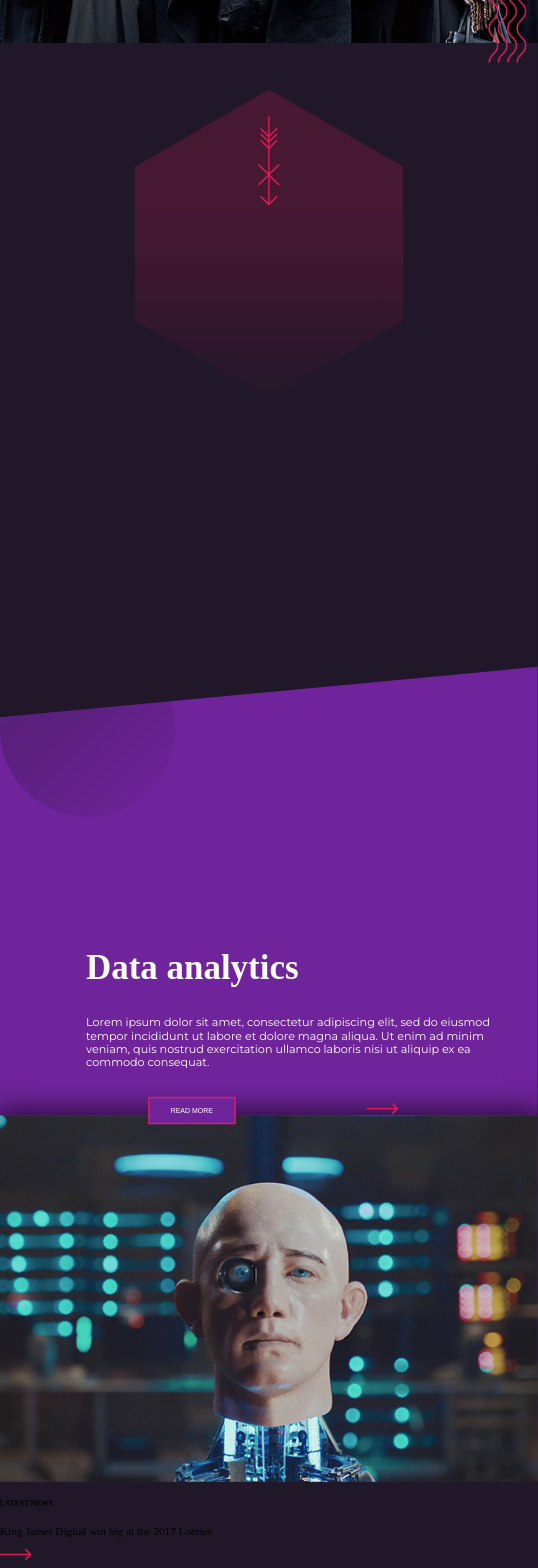
Repository: Ajtheult/King-James-Site
Page: index.html
These files come from the project's save history. The page is drawn as it stood at one moment and after the next save; the edit follows.
The browser window is 768 px wide. The pictures show the part of the page from y = 1872 to 4112 px (the page is 5216 px tall), at 70% of full size.
The style sheet was rebuilt from its Sass, Less or Tailwind sources for each picture, by a compiler version that may differ from the author's.

Above is the page before, as saved 2020-08-24 14:48:31.

### index.html
<!DOCTYPE html>
<html lang="en">
  <head>
    <meta charset="UTF-8" />
    <meta name="viewport" content="width=device-width, initial-scale=1.0" />
    <!-- Font Awesome -->
    <link
      rel="stylesheet"
      href="https://use.fontawesome.com/releases/v5.7.2/css/all.css"
      integrity="sha384-fnmOCqbTlWIlj8LyTjo7mOUStjsKC4pOpQbqyi7RrhN7udi9RwhKkMHpvLbHG9Sr"
      crossorigin="anonymous"
    />
    <!-- Font Awesome -->
    <!-- Fonts -->
    <link
      href="https://fonts.googleapis.com/css2?family=Playfair+Display&display=swap"
      rel="stylesheet"
    />
    <link
      href="https://fonts.googleapis.com/css2?family=Montserrat&display=swap"
      rel="stylesheet"
    />
    <!-- Fonts -->
    <link rel="stylesheet" href="./styling/index.css" />
    <title>King James</title>
  </head>
  <body>
    <!-- Sidenav -->
    <div id="mySidebar" class="sidebar">
      <a href="#" class="closebtn" onclick="closeNav()">×</a>
      <a href="#">About</a>
      <a href="#">Services</a>
      <a href="#">Clients</a>
      <a href="#">Contact</a>
    </div>
    <!-- Sidenav -->
    <div class="box">
      <img
        src="./kjd-fontend-test-files/menu.png"
        class="move_icon"
        onclick="openNav()"
        alt="menu"
      />
      <img
        src="./kjd-fontend-test-files/kjd-assets/kjd-logo.png"
        alt="img"
        class="heading"
      />
      <img
        src="./kjd-fontend-test-files/kjd-assets/arrow-down.png"
        alt=""
        srcset=""
        class="white_arrow"
      />
    </div>

    <div class="box_two">
      <div>
        We offer an interconnected set of services to help our clients respond
        to the disruptions and seize the opportunities of the digital age.
        <button type="button">ABOUT US</button>
        <img
          src="./kjd-fontend-test-files/kjd-assets/arrow-right.png"
          alt="arrow"
          class="arrow_by_button"
        />
      </div>
    </div>
    <!-- Second section -->
    <div class="box_three">
      <img
        src="./kjd-fontend-test-files/kjd-assets/missing.png"
        alt="cross"
        class="move_cross"
      />
      <div class="text-box">
        <h1 class="title">Advertising communications</h1>
        <p>
          Lorem ipsum dolor sit amet, consectetur adipiscing elit, sed do
          eiusmod tempor incididunt ut labore et dolore magna aliqua. Ut enim ad
          minim veniam, quis nostrud exercitation ullamco laboris nisi ut
          aliquip ex ea commodo consequat.
        </p>
        <button type="button">READ MORE</button>
        <img
          src="./kjd-fontend-test-files/kjd-assets/arrow-right.png"
          alt="arrow"
          class="arrow_by_button"
        />
      </div>
      <img
        src="./kjd-fontend-test-files/kjd-assets/hex-gradient.png"
        alt="hex"
        class="move_hex"
      />
      <img
        src="./kjd-fontend-test-files/kjd-assets/arrow-glyph.png"
        alt="arrow"
        class="cross_arrow"
      />
      <img
        src="./kjd-fontend-test-files/kjd-assets/image-slider-1.jpg"
        alt="people"
        class="people"
      />
      <img
        src="./kjd-fontend-test-files/kjd-assets/glyph.png"
        alt="squiggle"
        class="squiggle"
      />
    </div>
    <div class="box_four">
      <img
        src="./kjd-fontend-test-files/kjd-assets/circle-gradient.png"
        alt="circle"
        class="circle"
      />
      <img
        src="./kjd-fontend-test-files/kjd-assets/image-slider-2.jpg"
        alt="robot"
        class="robot"
      />
      <div class="text-box-2">
        <h1 class="title_of_robot">Data analytics</h1>
        <p>
          Lorem ipsum dolor sit amet, consectetur adipiscing elit, sed do
          eiusmod tempor incididunt ut labore et dolore magna aliqua. Ut enim ad
          minim veniam, quis nostrud exercitation ullamco laboris nisi ut
          aliquip ex ea commodo consequat.
        </p>
        <button type="button">READ MORE</button>
        <img
          src="./kjd-fontend-test-files/kjd-assets/arrow-right.png"
          alt="arrow"
          class="arrow_by_button"
        />
      </div>
      <img
        src="./kjd-fontend-test-files/kjd-assets/arrow-glyph-2.png"
        alt="arrowtwo"
        class="arrow_with_cross"
      />
    </div>
    <div class="box_five">
      <div class="grid-container">
        <div class="grid-item num_one">
          <h6>LATEST NEWS</h6>
          <p>King James Digital win big at the 2017 Loeries</p>
          <img
            src="./kjd-fontend-test-files/kjd-assets/arrow-right.png"
            alt="right_arrow"
            class="first_arrow"
          />
        </div>
        <div class="grid-item num_two">
          <h6>LATEST WORK</h6>
          <p>
            Sanlam Conspicious Savers
          </p>
          <img
            src="./kjd-fontend-test-files/kjd-assets/arrow-right.png"
            alt="right_arrow"
            class="second_arrow"
          />
        </div>
        <div class="grid-item num_three">
          <h6>LATEST CAREERS</h6>
          <p>Front end developer Cape Town</p>
          <img
            src="./kjd-fontend-test-files/kjd-assets/arrow-right.png"
            alt="right_arrow"
            class="third_arrow"
          />
        </div>
      </div>
    </div>
    <footer class="box_six">
      <div class="grid-container">
        <div class="grid-item num_one_two">
          <h2>CAPE TOWN</h2>
          <p>
            Capetown@kingjames.digital <br />
            Tel: +27 21 469 1500
          </p>
        </div>
        <div class="grid-item num_two_two">
          <h2>JOBURG</h2>
          <p>
            joburg@kingjames.digital <br />
            Tel: +27 21 469 1500
          </p>
        </div>
        <div class="grid-item num_three_two">
          <h2>MEDIA & DATA</h2>
          <p>
            mediaanddata@kingjames.digital <br />
            Tel: +27 21 469 1500
          </p>
        </div>
        <div class="grid-item num_four_two">
          <h2>CONNECT</h2>
          <p>
            Twitter <br />
            Facebook
          </p>
        </div>
      </div>
    </footer>

    <script src="./index.js"></script>
  </body>
</html>

### index.js
function openNav() {
  document.getElementById("mySidebar").style.width = "200px";
}

function closeNav() {
  document.getElementById("mySidebar").style.width = "0";
}

### styling/index.scss
body {
  margin: 0;
  padding: 0;
  background-color: rgb(32, 23, 40);
}

// .box {
//   background-image: url(../kjd-fontend-test-files/kjd-assets/hearo-top.jpg);
//   background-position: center;
//   background-size: cover;
//   height: 120vh;
//   clip-path: polygon(0 0, 100% 0%, 100% 100%, 0 92%);
//   .heading {
//     color: black;
//     position: absolute;
//     top: 50%;
//     left: 50%;
//     transform: translate(-50%, -50%);
//     text-align: center;
//   }
//   .move_icon {
//     margin-left: 97%;
//     margin-top: 0.5%;
//     width: 30px;
//     height: 30px;
//   }
//   .white_arrow {
//     top: 95%;
//     left: 50%;
//     transform: translate(-50%, -50%);
//     position: absolute;
//   }
// }

// .box_two {
//   background-color: rgb(111, 36, 155);
//   height: 50%;
//   width: 70%;
//   position: absolute;
//   top: 68%;
//   left: 50%;
//   transform: translate(-50%, -50%);
//   margin-top: 420px;
//   clip-path: polygon(0 0, 100% 0, 100% 87%, 0% 100%);
//   div {
//     font-size: 265%;
//     font-family: "Playfair Display", serif;
//     text-align: center;
//     color: white;
//     margin-top: 2%;
//     position: absolute;
//     padding-left: 15%;
//     padding-right: 15%;
//   }
//   button {
//     border: 2px solid rgb(225, 28, 91);
//     background-color: rgb(111, 36, 155);
//     color: white;
//     padding: 12px 30px;
//     font-size: 10px;
//     position: absolute;
//     transform: translate(-300%, 200%);
//     animation-name: about-btn;
//     animation-duration: 2s;
//     animation-iteration-count: infinite;
//   }
//   .arrow_by_button {
//     transform: translate(-550%, 360%);
//   }
// }

// @keyframes about-btn {
//   from {
//     background-color: rgb(111, 36, 155);
//     border: 2px solid rgb(225, 28, 91);
//     color: white;
//   }
//   to {
//     background-color: rgb(225, 28, 91);
//     border: 2px solid rgb(111, 36, 155);
//     color: black;
//   }
// }

// .box_three {
//   margin-top: 50%;
//   .move_cross {
//     position: absolute;
//     top: 170%;
//     left: 50%;
//     transform: translate(-50%, -50%);
//     z-index: -1;
//   }
//   .move_hex {
//     transform: translate(90%, -125%);
//     z-index: -1;
//   }
//   .people {
//     transform: translate(20%, -102%);
//   }
//   .squiggle {
//     transform: translate(20%, -720%);
//   }
//   .cross_arrow {
//     transform: translate(50%, -300%);
//   }
//   .text-box {
//     transform: translate(95%, -55%);
//     width: 20%;
//     z-index: 1;
//     .title {
//       font-size: 350%;
//       color: white;
//     }
//     p {
//       color: white;
//       font-family: "Montserrat", sans-serif;
//     }
//     button {
//       border: 2px solid rgb(225, 28, 91);
//       background-color: rgb(32, 23, 40);
//       color: white;
//       padding: 12px 30px;
//       font-size: 10px;
//       position: absolute;
//       transform: translate(0%, 50%);
//     }
//     .arrow_by_button {
//       transform: translate(240%, 190%);
//     }
//   }
// }

// .box_four {
//   height: 150vh;
//   background-color: rgb(111, 36, 155);
//   margin-top: -100px;
//   clip-path: polygon(0 9%, 150% 0%, 100% 100%, 0% 100%);
//   .circle {
//     position: absolute;
//     transform: translate(130%, 55%);
//   }
//   .robot {
//     transform: translate(30%, 85%);
//     -webkit-box-shadow: -1px 2px 38px 7px rgba(0, 0, 0, 0.75);
//     -moz-box-shadow: -1px 2px 38px 7px rgba(0, 0, 0, 0.75);
//     box-shadow: -1px 2px 38px 7px rgba(0, 0, 0, 0.75);
//   }
//   .text-box-2 {
//     transform: translate(300%, -40%);
//     width: 20%;

//     .title_of_robot {
//       font-size: 312%;
//       color: white;
//       transform: translate(-20%, 10%);
//     }
//     p {
//       color: white;
//       font-family: "Montserrat", sans-serif;
//       transform: translate(20%, 10%);
//     }
//     button {
//       border: 2px solid rgb(225, 28, 91);
//       background-color: rgb(111, 36, 155);
//       color: white;
//       padding: 12px 30px;
//       font-size: 10px;
//       position: absolute;
//       transform: translate(50%, 80%);
//     }
//     .arrow_by_button {
//       transform: translate(380%, 250%);
//     }
//   }
//   .arrow_with_cross {
//     float: right;
//     transform: translate(-2250%, 95%);
//   }
// }

// .box_five {
//   height: 70vh;
//   background-color: white;
//   .grid-container {
//     display: grid;
//     grid-column-gap: 50px;
//     grid-template-columns: auto auto auto;
//     padding-top: 100px;
//     padding-left: 50px;
//     padding-right: 50px;
//     .grid-item {
//       height: 300px;
//       text-align: center;
//       background-position: center;
//       background-size: cover;
//       h6 {
//         color: rgb(204, 32, 104);
//         text-align: left;
//         padding-left: 3%;
//         font-family: "Gruppo", cursive;
//       }
//       p {
//         color: white;
//         font-size: 250%;
//         width: 90%;
//         text-align: left;
//         padding-left: 3%;
//       }
//     }
//     .num_one {
//       background-image: url(../kjd-fontend-test-files/kjd-assets/bg-square-gradient.png);
//       .first_arrow {
//         transform: translate(370%, 30%);
//       }
//     }
//     .num_two {
//       background-image: url(../kjd-fontend-test-files/kjd-assets/bg-rectangle-gradient.png);
//       .second_arrow {
//         transform: translate(400%, 300%);
//       }
//     }
//     .num_three {
//       background-image: url(../kjd-fontend-test-files/kjd-assets/bg-circle-gradient.png);
//       .third_arrow {
//         transform: translate(400%, 300%);
//       }
//     }
//   }
// }

// .box_six {
//   .grid-container {
//     display: grid;

//     grid-template-columns: 23% 23% 23% 23%;

//     .grid-item {
//       height: 170px;
//       text-align: center;
//       padding: 20px;
//       margin-left: -10px;
//       margin-top: 10px;

//       h2 {
//         color: rgb(204, 32, 104);
//         text-align: left;
//         padding-left: 3%;
//       }
//       p {
//         color: white;
//         font-size: 100%;
//         width: 90%;
//         text-align: left;
//         padding-left: 3%;
//         font-family: "Montserrat", sans-serif;
//       }
//     }
//   }
// }

// Sidenav
.sidebar {
  height: 100%;
  width: 0;
  position: fixed;
  z-index: 1;
  top: 0;
  left: 0;
  background-color: rgb(0, 125, 174);
  overflow: hidden;
  transition: 0.5s;
  padding-top: 60px;
  a {
    padding: 8px 8px 8px 32px;
    text-decoration: none;
    font-size: 25px;
    color: #f1f1f1;
    display: block;
    transition: 0.3s;
  }
  a:hover {
    color: black;
  }
  .closebtn {
    position: absolute;
    top: 0;
    right: 25px;
    font-size: 36px;
    margin-left: 50px;
  }
}

/* On smaller screens, where height is less than 450px, change the style of the sidenav (less padding and a smaller font size) */
@media screen and (max-height: 450px) {
  .sidebar {
    padding-top: 15px;
  }
  .sidebar a {
    font-size: 18px;
  }
}

// Mobile
@media (max-width: 910px) {
  .box {
    background-image: url(../kjd-fontend-test-files/kjd-assets/hearo-top.jpg);
    background-position: center;
    background-size: cover;
    height: 120vh;
    clip-path: polygon(0 0, 100% 0, 100% 100%, 0 89%);
    .heading {
      color: black;
      position: absolute;
      top: 50%;
      left: 50%;
      transform: translate(-50%, -50%);
      text-align: center;
    }
    .move_icon {
      color: white;
      margin-left: 93%;
      margin-top: 1%;
      width: 30px;
      height: 30px;
    }
    .white_arrow {
      top: 93%;
      left: 50%;
      transform: translate(-50%, -50%);
      position: absolute;
    }
  }
  .box_two {
    background-color: rgb(111, 36, 155);
    height: 50%;
    width: 70%;
    position: absolute;
    top: 62%;
    left: 50%;
    transform: translate(-50%, -50%);
    margin-top: 420px;
    clip-path: polygon(0 0, 100% 0, 100% 87%, 0% 100%);
    div {
      font-size: 147%;
      font-family: "Playfair Display", serif;
      text-align: center;
      color: white;
      margin-top: 5%;
      position: absolute;
      padding-left: 5%;
      padding-right: 5%;
    }
    button {
      border: 2px solid rgb(225, 28, 91);
      background-color: rgb(111, 36, 155);
      color: white;
      padding: 12px 30px;
      font-size: 10px;
      position: absolute;
      transform: translate(-100%, 200%);
    }
    .arrow_by_button {
      transform: translate(-30%, 490%);
    }
  }
  // Box 3
  .box_three {
    margin-top: 800px;
    .move_cross {
      position: absolute;
      top: 160%;
      left: 50%;
      transform: translate(-50%, -50%);
      z-index: -1;
    }
    .move_hex {
      transform: translate(50%, 20%);
      width: 50%;
      height: 50%;
    }
    .people {
      transform: translate(0%, -180%);
      width: 100%;
      height: 100%;
    }
    .squiggle {
      transform: translate(-30%, -860%);
      float: right;
    }
    .cross_arrow {
      position: absolute;
      transform: translate(-50%, 100%);
    }
    .text-box {
      transform: translate(0%, -230%);
      text-align: center;
      padding-left: 5%;
      padding-right: 5%;
      .title {
        font-size: 200%;
        color: white;
      }
      p {
        color: white;
        font-family: "Montserrat", sans-serif;
      }
      button {
        border: 2px solid rgb(225, 28, 91);
        background-color: rgb(32, 23, 40);
        color: white;
        padding: 12px 30px;
        font-size: 10px;
        position: absolute;
        transform: translate(-20%, 50%);
      }
      .arrow_by_button {
        transform: translate(180%, 180%);
      }
    }
  }

  .box_four {
    height: 150vh;
    background-color: rgb(111, 36, 155);
    margin-top: -100px;
    clip-path: polygon(0 9%, 150% 0%, 100% 100%, 0% 100%);
    .circle {
      width: 250px;
      height: 250px;
      // transform: translate(10%, 330%);
    }
    .robot {
      transform: translate(0%, 80%);
      width: 100%;
      -webkit-box-shadow: -1px 2px 38px 7px rgba(0, 0, 0, 0.75);
      -moz-box-shadow: -1px 2px 38px 7px rgba(0, 0, 0, 0.75);
      box-shadow: -1px 2px 38px 7px rgba(0, 0, 0, 0.75);
    }
    .text-box-2 {
      width: 80%;
      transform: translate(0%, -230%);

      .title_of_robot {
        font-size: 312%;
        color: white;
        transform: translate(20%, 0%);
      }
      p {
        color: white;
        font-family: "Montserrat", sans-serif;
        transform: translate(20%, 10%);
      }
      button {
        border: 2px solid rgb(225, 28, 91);
        background-color: rgb(111, 36, 155);
        color: white;
        padding: 12px 30px;
        font-size: 10px;
        position: absolute;
        transform: translate(170%, 80%);
      }
      .arrow_by_button {
        float: right;
        transform: translate(-100%, 250%);
      }
    }
    .arrow_with_cross {
      float: right;
      transform: translate(-2250%, 95%);
    }
  }

  // .box_five {
  //   height: 70vh;
  //   background-color: white;
  //   .grid-container {
  //     display: grid;
  //     grid-column-gap: 50px;
  //     grid-template-columns: auto auto auto;
  //     padding-top: 100px;
  //     padding-left: 50px;
  //     padding-right: 50px;
  //     .grid-item {
  //       height: 300px;
  //       text-align: center;
  //       background-position: center;
  //       background-size: cover;
  //       h6 {
  //         color: rgb(204, 32, 104);
  //         text-align: left;
  //         padding-left: 3%;
  //         font-family: "Gruppo", cursive;
  //       }
  //       p {
  //         color: white;
  //         font-size: 250%;
  //         width: 90%;
  //         text-align: left;
  //         padding-left: 3%;
  //       }
  //     }
  //     .num_one {
  //       background-image: url(../kjd-fontend-test-files/kjd-assets/bg-square-gradient.png);
  //       .first_arrow {
  //         transform: translate(370%, 30%);
  //       }
  //     }
  //     .num_two {
  //       background-image: url(../kjd-fontend-test-files/kjd-assets/bg-rectangle-gradient.png);
  //       .second_arrow {
  //         transform: translate(400%, 300%);
  //       }
  //     }
  //     .num_three {
  //       background-image: url(../kjd-fontend-test-files/kjd-assets/bg-circle-gradient.png);
  //       .third_arrow {
  //         // transform: translate(400%, 300%);
  //       }
  //     }
  //   }
  // }

  .box_six {
    .grid-container {
      grid-template-columns: 23% 23% 23% 23%;

      .grid-item {
        height: 170px;
        text-align: center;
        padding: 20px;
        margin-left: -10px;
        margin-top: 10px;

        h2 {
          color: rgb(204, 32, 104);
          text-align: center;
        }
        p {
          color: white;
          font-size: 100%;

          text-align: center;

          font-family: "Montserrat", sans-serif;
        }
      }
    }
  }
}

After the next save:
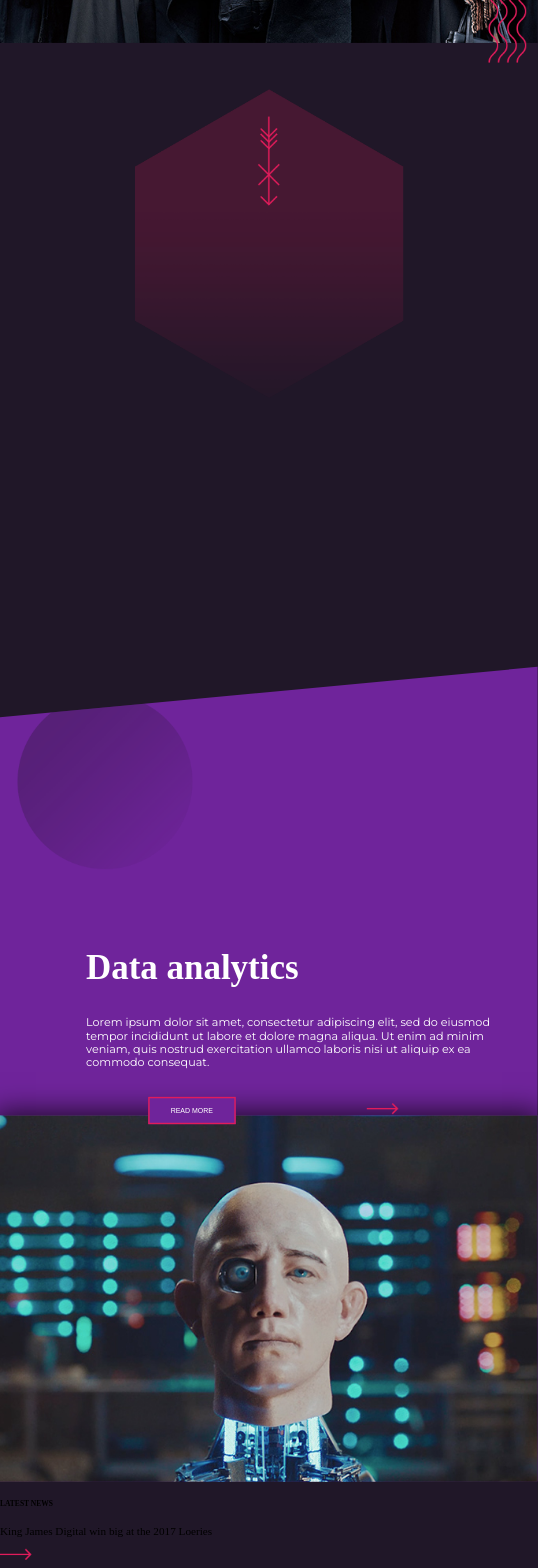
Saved 12 s later.
--- a/styling/index.scss
+++ b/styling/index.scss
@@ -428,7 +428,7 @@
     .circle {
       width: 250px;
       height: 250px;
-      // transform: translate(10%, 330%);
+      transform: translate(10%, 30%);
     }
     .robot {
       transform: translate(0%, 80%);
